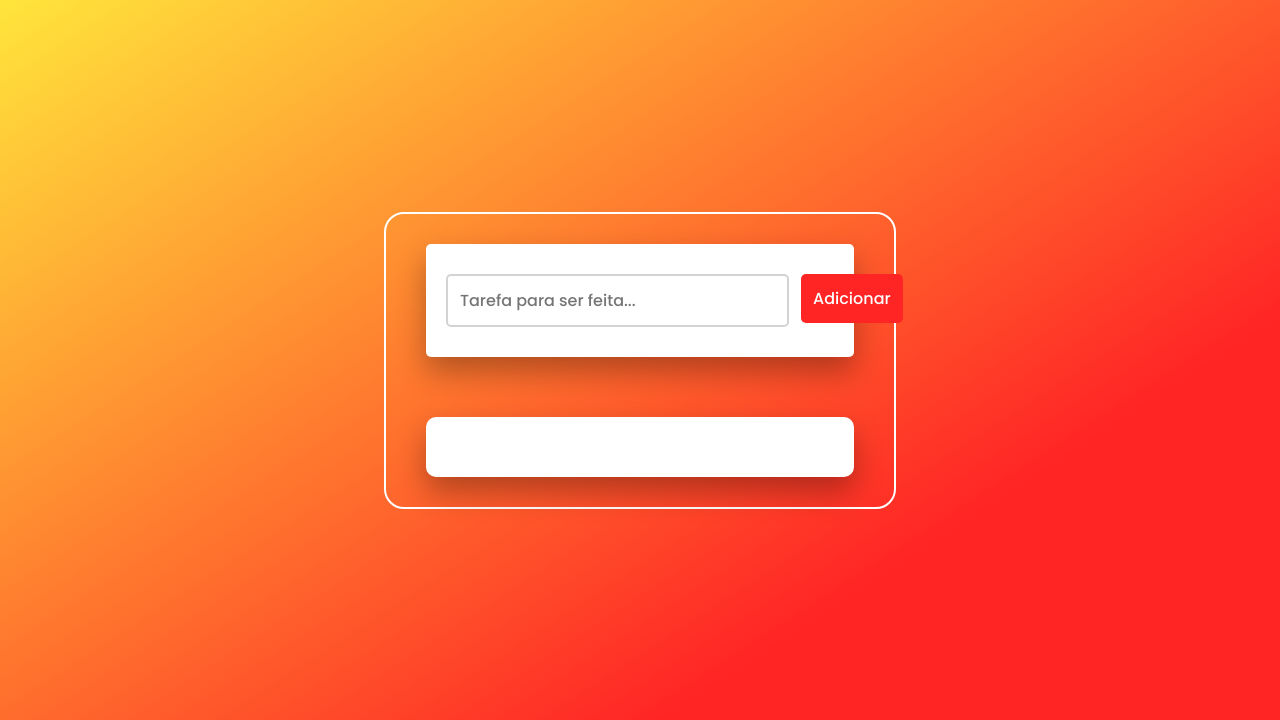
Repository: PetersonAntonyDev/python-flask-
Page: index.html
These files come from the project's save history. The page is drawn as it stood at one moment and after a run of saves; the edit follows.
The browser window is 1280 px wide. The pictures show the whole page.
Some web libraries are served in a nearby version.

Above is the page before, as saved 2022-07-26 13:51:48.

### index.html
<!DOCTYPE html>
<html lang="en">

<head>
    <meta charset="UTF-8" />
    <meta http-equiv="X-UA-Compatible" content="IE=edge" />
    <meta name="viewport" content="width=device-width, initial-scale=1.0" />
    <title>EM PROGRESSO - Lista de Tarefas</title>
    <link rel="preconnect" href="https://fonts.googleapis.com" />
    <link rel="preconnect" href="https://fonts.gstatic.com" crossorigin />
    <link href="https://fonts.googleapis.com/css2?family=Poppins:wght@400;500;700&display=swap" rel="stylesheet" />
    <link rel="stylesheet" href="/style.css" />
</head>

<body>
    <div class="container">
        <div class="new-task-container">
            <input type="text" class="new-task-input" placeholder="Tarefa para ser feita..." />

            <button class="new-task-button">Adicionar</button>
        </div>

        <div class="tasks-container"></div>
    </div>

    <script src="https://kit.fontawesome.com/f9e19193d6.js" crossorigin="anonymous"></script>
    <script src="/script.js"></script>
</body>

</html>

### style.css
* {
    margin: 0;
    padding: 0;
    box-sizing: border-box;
    font-family: "Poppins", sans-serif;
  }

  body {
    height: 100vh;
    background-color: #FFE53B;
    background-image: linear-gradient(147deg, #FFE53B 0%, #FF2525 74%);
    display: flex;
    align-items: center;
    justify-content: center;
  }

  .container {
    border-radius: 20px;
    border: 2px solid #fff;
    padding: 30px 40px;
    width: 40%;
    min-width: 500px;
  }

  .new-task-container {
    background-color: #fff;
    padding: 30px 20px;
    border-radius: 5px;
    box-shadow: 0 15px 30px rgba(0, 0, 0, 0.3);
    display: flex;
  }

  .new-task-container input {
    flex: 3;
    font-size: 1rem;
    border: 2px solid #d1d3d4;
    border-radius: 5px;
    padding: 12px;
    font-weight: 500;
  }

  .new-task-container input:focus {
    outline: none;
    border-color: #FFE53B;
  }

  .new-task-button {
    flex: 1;
    border-radius: 5px;
    font-weight: 500;
    height: 100%;
    font-size: 1rem;
    border: none;
    background-color: #FF2525;
    color: #fff;
    padding: 12px;
    margin-left: 12px;
    cursor: pointer;
  }

  .tasks-container {
    background-color: #fff;
    padding: 30px 20px;
    margin-top: 60px;
    border-radius: 10px;
    box-shadow: 0 15px 30px rgba(0, 0, 0, 0.3);
    width: 100%;
  }

  .task-item {
    display: flex;
    justify-content: space-between;
    align-items: center;
    margin-bottom: 6px;
    margin-top: 6px;
  }

  .task-item i {
    background-color: #FF2525;
    color: #fff;
    padding: 12px;
    border-radius: 5px;
  }

  .task-item i:hover {
    cursor: pointer;
  }

  /* Utilities */
  .error {
    border: 2px solid red !important;
  }

  .error::placeholder {
    color: red;
  }

  .completed {
    text-decoration: line-through;
  }

### script.js
const inputElement = document.querySelector(".new-task-input");
const addTaskButton = document.querySelector(".new-task-button");

const tasksContainer = document.querySelector(".tasks-container");

const validateInput = () => inputElement.value.trim().length > 0;

const handleAddTask = () => {
    const inputIsValid = validateInput();

    console.log(inputIsValid);

    if (!inputIsValid) {
        return inputElement.classList.add("error");
    }

    const taskItemContainer = document.createElement("div");
    taskItemContainer.classList.add("task-item");

    const taskContent = document.createElement("p");
    taskContent.innerText = inputElement.value;

    taskContent.addEventListener("click", () => handleClick(taskContent));

    const deleteItem = document.createElement("i");
    deleteItem.classList.add("far");
    deleteItem.classList.add("fa-trash-alt");

    deleteItem.addEventListener("click", () =>
        handleDeleteClick(taskItemContainer, taskContent)
    );

    taskItemContainer.appendChild(taskContent);
    taskItemContainer.appendChild(deleteItem);

    tasksContainer.appendChild(taskItemContainer);

    inputElement.value = "";

    updateLocalStorage();
};

const handleClick = (taskContent) => {
    const tasks = tasksContainer.childNodes;

    for (const task of tasks) {
        const currentTaskIsBeingClicked = task.firstChild.isSameNode(taskContent);

        if (currentTaskIsBeingClicked) {
            task.firstChild.classList.toggle("completed");
        }
    }

    updateLocalStorage();
};

const handleDeleteClick = (taskItemContainer, taskContent) => {
    const tasks = tasksContainer.childNodes;

    for (const task of tasks) {
        const currentTaskIsBeingClicked = task.firstChild.isSameNode(taskContent);

        if (currentTaskIsBeingClicked) {
            taskItemContainer.remove();
        }
    }

    updateLocalStorage();
};

const handleInputChange = () => {
    const inputIsValid = validateInput();

    if (inputIsValid) {
        return inputElement.classList.remove("error");
    }
};

const updateLocalStorage = () => {
    const tasks = tasksContainer.childNodes;

    const localStorageTasks = [...tasks].map((task) => {
        const content = task.firstChild;
        const isCompleted = content.classList.contains("completed");

        return { description: content.innerText, isCompleted };
    });

    localStorage.setItem("tasks", JSON.stringify(localStorageTasks));
};

const refreshTasksUsingLocalStorage = () => {
    const tasksFromLocalStorage = JSON.parse(localStorage.getItem("tasks"));

    if (!tasksFromLocalStorage) return;

    for (const task of tasksFromLocalStorage) {
        const taskItemContainer = document.createElement("div");
        taskItemContainer.classList.add("task-item");

        const taskContent = document.createElement("p");
        taskContent.innerText = task.description;

        if (task.isCompleted) {
            taskContent.classList.add("completed");
        }

        taskContent.addEventListener("click", () => handleClick(taskContent));

        const deleteItem = document.createElement("i");
        deleteItem.classList.add("far");
        deleteItem.classList.add("fa-trash-alt");

        deleteItem.addEventListener("click", () =>
            handleDeleteClick(taskItemContainer, taskContent)
        );

        taskItemContainer.appendChild(taskContent);
        taskItemContainer.appendChild(deleteItem);

        tasksContainer.appendChild(taskItemContainer);
    }
};

refreshTasksUsingLocalStorage();

addTaskButton.addEventListener("click", () => handleAddTask());

inputElement.addEventListener("change", () => handleInputChange());

After the next 2 saves:
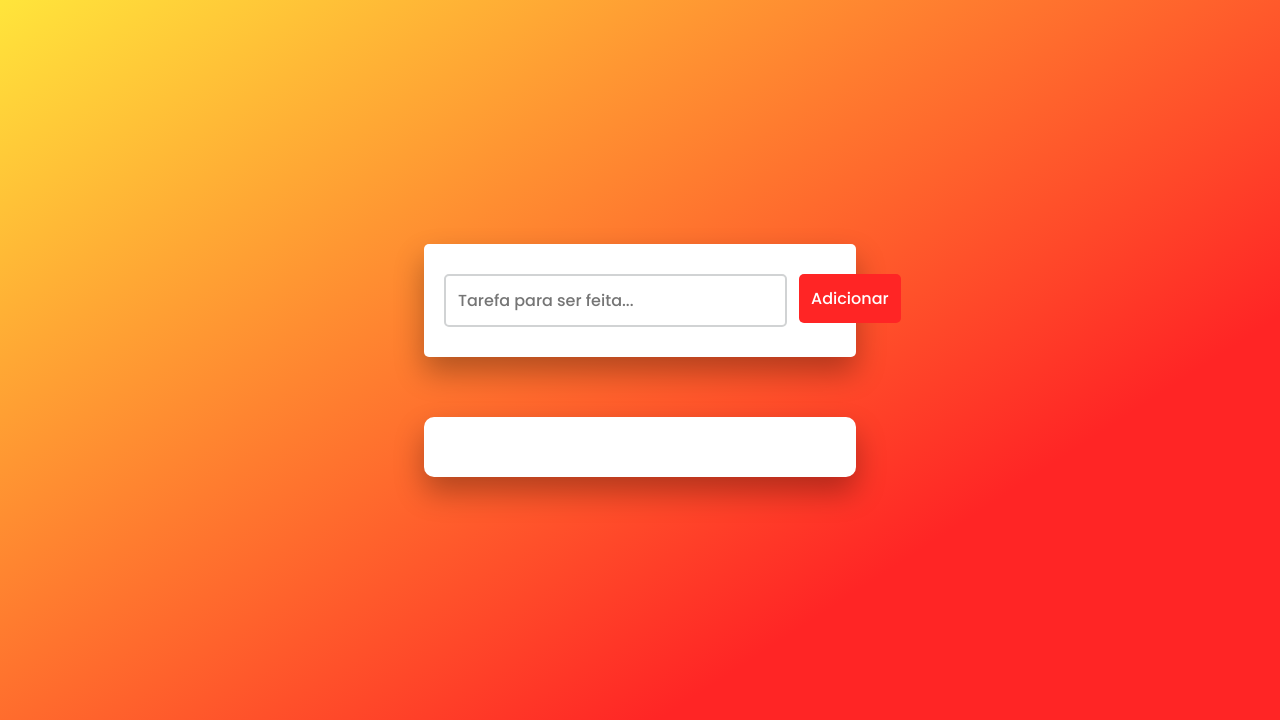
The 2 saves are shown as one change because they came seconds apart.
The last was saved 31 s later.
--- a/style.css
+++ b/style.css
@@ -16,7 +16,6 @@
 
   .container {
     border-radius: 20px;
-    border: 2px solid #fff;
     padding: 30px 40px;
     width: 40%;
     min-width: 500px;
